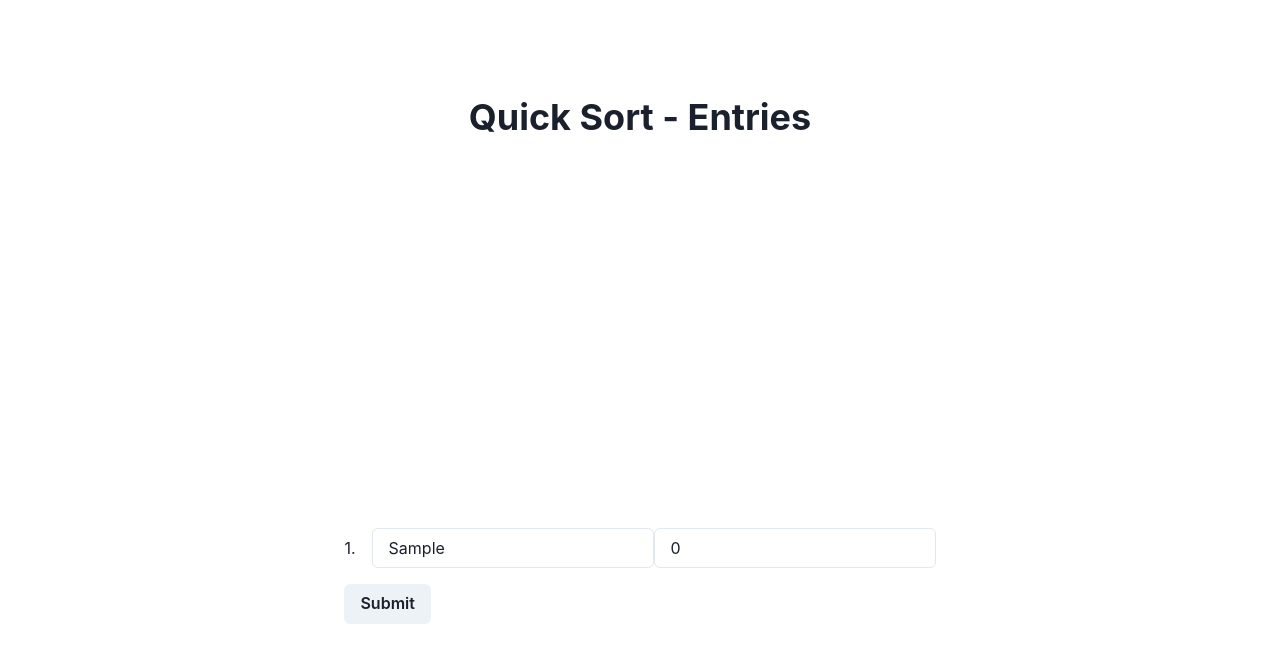
Repository: rohit-jindal18/stock-trailer
Page: /home
The author's editor kept a copy of each file at every save. The page is drawn from the files as they stood at one save, then again after the next save.
The browser window is 1280 px wide. The pictures show the whole page.
The project was rebuilt for these pictures with package versions that can differ from the ones it lists, and the page was loaded fresh each time. The framework's server and built-in components were replaced by stand-ins that run in the browser. Also part of the build but not shown: next.config.js.

Above is the page before, as saved 2023-03-14 15:01:34.

### src/pages/_app.tsx
import '@stock-trailer/styles/globals.css'
import { ChakraProvider } from '@chakra-ui/react'
import type { AppProps } from 'next/app'

export default function App({ Component, pageProps }: AppProps) {
  return (
    <ChakraProvider>
      <Component {...pageProps} />
    </ChakraProvider>
  )
}

### src/pages/home.tsx
import { Box, Button, Heading, Input, Text } from '@chakra-ui/react'
import styles from '@stock-trailer/styles/Home.module.css'
import { IInstrumentInfo } from '@stock-trailer/types'
import { Inter } from 'next/font/google'
import Head from 'next/head'
import { useState } from 'react'

const inter = Inter({ subsets: ['latin'] })

export default function Authorize() {
  const [instruments, setInstruments] = useState<IInstrumentInfo[]>([{
    id: 'Sample',
    qty: 0
  }]);
  return (
    <>
      <Head>
        <title>Stock - Trailer</title>
        <meta name="description" content="Generated by create next app" />
        <meta name="viewport" content="width=device-width, initial-scale=1" />
        <link rel="icon" href="/favicon.ico" />
      </Head>
      <main className={styles.main}>
        <div className={styles.description}>
          <Heading>Quick Sort - Entries</Heading>
        </div>
        <Box>
          {
            instruments.map((instrument, index) => {
              return (
                <Box display={'flex'} alignItems='center' key={`qs-${index}`} >
                  <Text mr={'16px'}>{index + 1}.</Text>
                  <Input value={instrument.id} onChange={(event) => {
                    const newInstruments = [
                      ...instruments
                    ]
                    newInstruments[index].id = event.target.value
                    setInstruments(newInstruments);
                  }} />
                  <Input value={instrument.qty} onChange={(event) => {
                    const newInstruments = [
                      ...instruments
                    ]
                    newInstruments[index].qty = +event.target.value
                    setInstruments(newInstruments);
                  }} />
                </Box>
              );
            })
          }
          <Box>
            <Button variant={'solid'} mt={'16px'}>Submit</Button>
          </Box>
        </Box>
      </main>
    </>
  )
}

### src/styles/Home.module.css
.main {
  display: flex;
  flex-direction: column;
  justify-content: space-between;
  align-items: center;
  padding: 6rem;
  min-height: 100vh;
}

.description {
  display: flex;
  justify-content: center;
  align-items: center;
  height: 100%;
  font-size: 0.85rem;
  max-width: var(--max-width);
  width: 100%;
  z-index: 2;
  font-family: var(--font-mono);
}

.description a {
  display: flex;
  justify-content: center;
  align-items: center;
  gap: 0.5rem;
}

.description p {
  position: relative;
  margin: 0;
  padding: 1rem;
  background-color: rgba(var(--callout-rgb), 0.5);
  border: 1px solid rgba(var(--callout-border-rgb), 0.3);
  border-radius: var(--border-radius);
}

.code {
  font-weight: 700;
  font-family: var(--font-mono);
}

.grid {
  display: grid;
  grid-template-columns: repeat(4, minmax(25%, auto));
  width: var(--max-width);
  max-width: 100%;
}

.card {
  padding: 1rem 1.2rem;
  border-radius: var(--border-radius);
  background: rgba(var(--card-rgb), 0);
  border: 1px solid rgba(var(--card-border-rgb), 0);
  transition: background 200ms, border 200ms;
}

.card span {
  display: inline-block;
  transition: transform 200ms;
}

.card h2 {
  font-weight: 600;
  margin-bottom: 0.7rem;
}

.card p {
  margin: 0;
  opacity: 0.6;
  font-size: 0.9rem;
  line-height: 1.5;
  max-width: 30ch;
}

.center {
  display: flex;
  justify-content: center;
  align-items: center;
  position: relative;
  padding: 4rem 0;
}

.center::before {
  background: var(--secondary-glow);
  border-radius: 50%;
  width: 480px;
  height: 360px;
  margin-left: -400px;
}

.center::after {
  background: var(--primary-glow);
  width: 240px;
  height: 180px;
  z-index: -1;
}

.center::before,
.center::after {
  content: '';
  left: 50%;
  position: absolute;
  filter: blur(45px);
  transform: translateZ(0);
}

.logo,
.thirteen {
  position: relative;
}

.thirteen {
  display: flex;
  justify-content: center;
  align-items: center;
  width: 75px;
  height: 75px;
  padding: 25px 10px;
  margin-left: 16px;
  transform: translateZ(0);
  border-radius: var(--border-radius);
  overflow: hidden;
  box-shadow: 0px 2px 8px -1px #0000001a;
}

.thirteen::before,
.thirteen::after {
  content: '';
  position: absolute;
  z-index: -1;
}

/* Conic Gradient Animation */
.thirteen::before {
  animation: 6s rotate linear infinite;
  width: 200%;
  height: 200%;
  background: var(--tile-border);
}

/* Inner Square */
.thirteen::after {
  inset: 0;
  padding: 1px;
  border-radius: var(--border-radius);
  background: linear-gradient(
    to bottom right,
    rgba(var(--tile-start-rgb), 1),
    rgba(var(--tile-end-rgb), 1)
  );
  background-clip: content-box;
}

/* Enable hover only on non-touch devices */
@media (hover: hover) and (pointer: fine) {
  .card:hover {
    background: rgba(var(--card-rgb), 0.1);
    border: 1px solid rgba(var(--card-border-rgb), 0.15);
  }

  .card:hover span {
    transform: translateX(4px);
  }
}

@media (prefers-reduced-motion) {
  .thirteen::before {
    animation: none;
  }

  .card:hover span {
    transform: none;
  }
}

/* Mobile */
@media (max-width: 700px) {
  .content {
    padding: 4rem;
  }

  .grid {
    grid-template-columns: 1fr;
    margin-bottom: 120px;
    max-width: 320px;
    text-align: center;
  }

  .card {
    padding: 1rem 2.5rem;
  }

  .card h2 {
    margin-bottom: 0.5rem;
  }

  .center {
    padding: 8rem 0 6rem;
  }

  .center::before {
    transform: none;
    height: 300px;
  }

  .description {
    font-size: 0.8rem;
  }

  .description a {
    padding: 1rem;
  }

  .description p,
  .description div {
    display: flex;
    justify-content: center;
    position: fixed;
    width: 100%;
  }

  .description p {
    align-items: center;
    inset: 0 0 auto;
    padding: 2rem 1rem 1.4rem;
    border-radius: 0;
    border: none;
    border-bottom: 1px solid rgba(var(--callout-border-rgb), 0.25);
    background: linear-gradient(
      to bottom,
      rgba(var(--background-start-rgb), 1),
      rgba(var(--callout-rgb), 0.5)
    );
    background-clip: padding-box;
    backdrop-filter: blur(24px);
  }

  .description div {
    align-items: flex-end;
    pointer-events: none;
    inset: auto 0 0;
    padding: 2rem;
    height: 200px;
    background: linear-gradient(
      to bottom,
      transparent 0%,
      rgb(var(--background-end-rgb)) 40%
    );
    z-index: 1;
  }
}

/* Tablet and Smaller Desktop */
@media (min-width: 701px) and (max-width: 1120px) {
  .grid {
    grid-template-columns: repeat(2, 50%);
  }
}

@media (prefers-color-scheme: dark) {
  .vercelLogo {
    filter: invert(1);
  }

  .logo,
  .thirteen img {
    filter: invert(1) drop-shadow(0 0 0.3rem #ffffff70);
  }
}

@keyframes rotate {
  from {
    transform: rotate(360deg);
  }
  to {
    transform: rotate(0deg);
  }
}

Loaded but not shown: src/pages/_document.tsx (common file); src/styles/globals.css (common file)

After the next save:
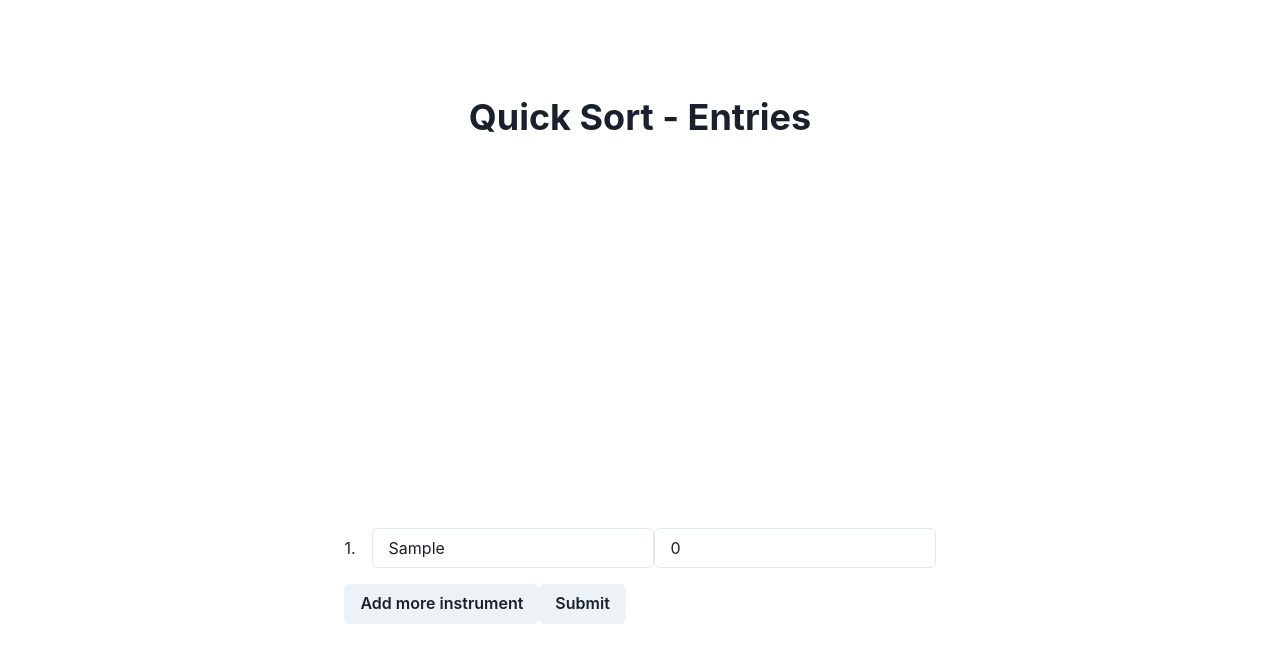
Saved 9 s later.
--- a/src/pages/home.tsx
+++ b/src/pages/home.tsx
@@ -49,6 +49,7 @@ export default function Authorize() {
             })
           }
           <Box>
+            <Button variant={'solid'} mt={'16px'}>Add more instrument</Button>
             <Button variant={'solid'} mt={'16px'}>Submit</Button>
           </Box>
         </Box>
